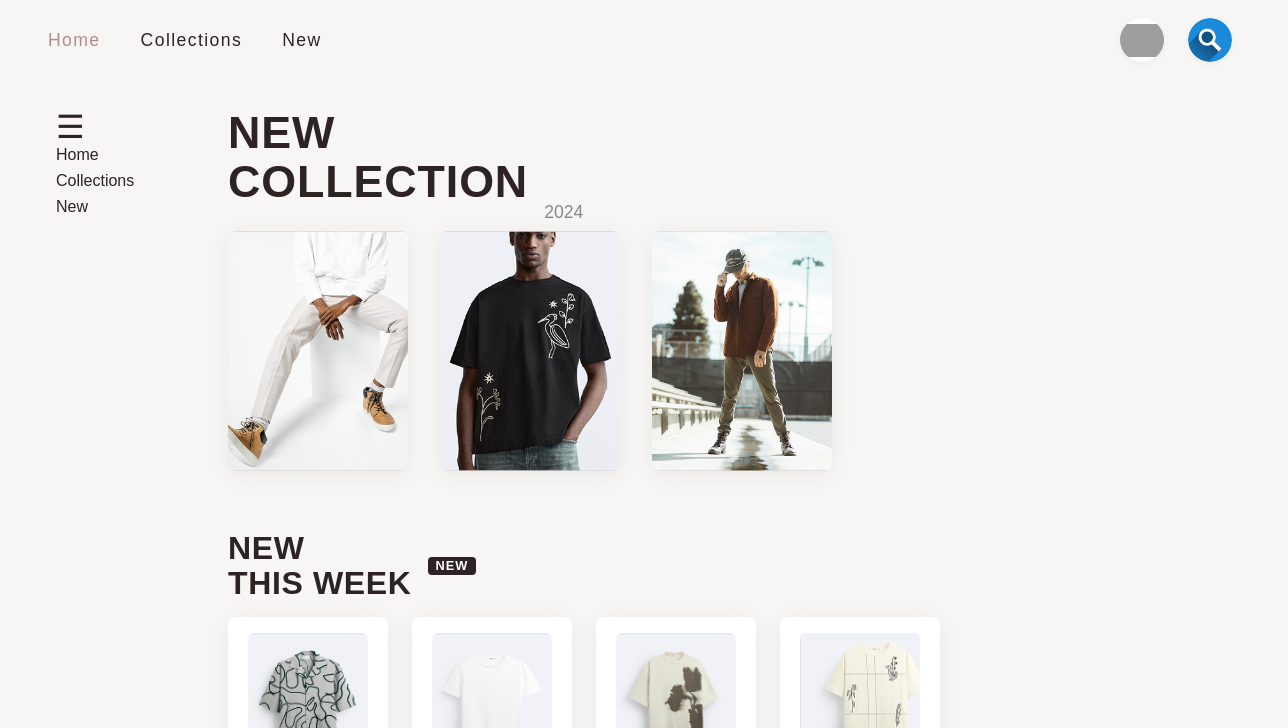
Repository: Diegoms0595/retail-dashboard-app
Page: index.html
The author's editor kept a copy of each file at every save. The page is drawn from the files as they stood at one save, then again after the next save.
The browser window is 1280 px wide. The page is 1288 px wide, so the pictures cover 1288 px, including what lies to the right of the window. The pictures show the whole page.
Pictures or frames that could not be fetched are drawn as grey boxes. An inner scrolling area shows only its first screen.

Above is the page before, as saved 2025-06-19 20:39:58.

### index.html
<!DOCTYPE html>
<html lang="en">
<head>
  <meta charset="UTF-8" />
  <meta name="viewport" content="width=device-width, initial-scale=1.0"/>
  <title>XIV Fashion Home</title>
  <link rel="stylesheet" href="style.css" />
</head>
<body>
  <!-- Header -->
  <header class="site-header">
    <nav class="main-nav">
      <a href="#" class="active">Home</a>
      <a href="#">Collections</a>
      <a href="#">New</a>
    </nav>
    <div class="top-icons">

      <button class="icon-btn">
        <img src="Assets/shopping-cart.png" alt="Cart Icon"></button>

        <button class="icon-btn"><img src="./Assets/magnifying-glass-1083378_1280.png" alt=""></button>

  </header>

  <!-- Wrapper -->
  <div class="main-wrapper">
  <!-- Sidebar -->
  <aside class="sidebar" id="sidebar">
    <div class="sidebar-menu">
      <span class="menu-icon" id="menuToggle">&#9776;</span>
      <div class="sidebar-links">
        <span>Home</span>
        <span>Collections</span>
        <span>New</span>
      </div>
    </div>
  </aside>

    <!-- Main Content -->
    <main class="main-content">
      <!-- New Collection -->
      <section class="hero-section">
        <div class="section-header">
          <h1 class="hero-title">NEW<br>COLLECTION</h1>
          <span class="section-subtitle">2024</span>
        </div>
        <div class="hero-products">
          <img src="Assets/hero1.png" alt="Product 1" />
          <img src="Assets/hero2.png" alt="Product 2" />
          <img src="Assets/hero3.png" alt="Product 3" />
        </div>
      </section>

      <!-- New This Week -->
      <section class="week-section">
        <div class="section-header">
          <h2 class="section-title">NEW<br>THIS WEEK <span class="new-badge">NEW</span></h2>
        </div>
        <div class="week-products">
          <div class="week-product">
            <img src="Assets/week1.png" alt="Pattern Shirt" />
            <div class="product-name">Pattern Shirt</div>
            <div class="product-price">$199</div>
          </div>
          <div class="week-product">
            <!-- data img -->
            <img src="Assets/week2.png" alt="White Tee" />
            <div class="product-name">White Tee</div>
            <div class="product-price">$150</div>
          </div>
          <div class="week-product">
            <img src="Assets/week3.png" alt="Beige Tee" />
            <div class="product-name">Beige Tee</div>
            <div class="product-price">$170</div>
          </div>
          <div class="week-product">
            <img src="Assets/week4.png" alt="Print Tee" />
            <div class="product-name">Print Tee</div>
            <div class="product-price">$160</div>
          </div>
        </div>
      </section>

      <!-- XIV Collections -->
      <section class="collection-section">
        <div class="section-header">
          <h2 class="section-title">XIV<br>COLLECTIONS<br>23-24</h2>
        </div>
        <div class="collection-products">
          <!-- Add imgs -->
          <div class="collection-product">
            <img src="Assets/col1.png" alt="Green Shirt" />
            <div class="product-name">Green Shirt</div>
            <div class="product-price">$199</div>
          </div>
          <div class="collection-product">
            <img src="Assets/col2.png" alt="White Pants" />
            <div class="product-name">White Pants</div>
            <div class="product-price">$170</div>
          </div>
          <div class="collection-product">
            <img src="Assets/col3.png" alt="Beige Tee" />
            <div class="product-name">Beige Tee</div>
            <div class="product-price">$150</div>
          </div>
        </div>
      </section>

      <!-- Fashion Approach -->
      <section class="approach-section">
        <h3>OUR APPROACH TO FASHION DESIGN</h3>
        <p>Minimal, aesthetic, and sustainable. We believe in timeless design and responsible production for a better future.</p>
        <div class="approach-gallery">
          <!-- add imgs -->
          <img src="Assets/look1.png" alt="Lookbook 1" />
          <img src="Assets/look2.png" alt="Lookbook 2" />
          <img src="Assets/look3.png" alt="Lookbook 3" />
          <img src="Assets/look4.png" alt="Lookbook 4" />
        </div>
      </section>
    </main>
  </div>

  <!-- Footer -->
  <footer class="site-footer">
    <div class="footer-links">
      <a href="#">About Us</a>
      <a href="#">Contact</a>
      <a href="#">Privacy Policy</a>
      <a href="#">Terms of Service</a>
    </div>
    <div class="footer-brand">
      <span class="footer-arrow">&#9654;</span>
      <span class="footer-xiv">XIV</span>
      <span class="footer-qr">QR</span>
    </div>
  </footer>
</body>
</html>

### style.css
* {
  box-sizing: border-box;
}

html, body {
  margin: 10;
  padding: 0;
  font-family: 'Montserrat', Arial, sans-serif;
  background: #f7f6f4;
  color: #2d2323;
  height: 100%;
  width: 100%;
  overflow-x: hidden;
}

body {
  min-height: 100vh;
  width: 100vw;
}

.site-header {
  width: 100vw;
  height: 80px;
  display: flex;
  align-items: center;
  justify-content: space-between;
  padding: 0 48px;
  background: none;
  box-sizing: border-box;
  position: fixed;
  top: 0;
  left: 0;
  z-index: 10;
}

.main-nav {
  display: flex;
  gap: 40px;
}

.main-nav a {
  text-decoration: none;
  color: #2d2323;
  font-size: 1.1rem;
  letter-spacing: 0.08em;
  padding: 8px 0;
  transition: color 0.2s;
}

.main-nav a.active,
.main-nav a:hover {
  color: #b48b8b;
}

.top-icons {
  display: flex;
  gap: 24px;
  align-items: center;
}

.icon-btn {
  width: 44px;
  height: 44px;
  display: flex;
  align-items: center;
  justify-content: center;
  border-radius: 50%;
  background: #fff;
  border: none;
  box-shadow: 0 2px 8px rgba(0,0,0,0.04);
  cursor: pointer;
  padding: 0;
  overflow: hidden;
}

.icon-btn img {
  width: 100%;
  height: 100%;
  object-fit: contain;
  display: block;
}

.main-wrapper {
  display: flex;
  flex-direction: row;
  margin-top: 100px;
  width: 100vw;
  box-sizing: border-box;
}

.sidebar {
  width: 220px;
  background: none;
  padding: 0 24px 0 48px;
  font-size: 1rem;
  display: flex;
  flex-direction: column;
  gap: 32px;
}

.menu-icon {
  font-size: 2rem;
  margin-bottom: 24px;
  cursor: pointer;
}

.sidebar-links {
  display: flex;
  flex-direction: column;
  gap: 8px;
  margin-bottom: 24px;
}

.sidebar-filters {
  display: flex;
  flex-direction: column;
  gap: 10px;
}

.filter-title {
  font-weight: bold;
  margin-bottom: 10px;
}

.filter-group {
  margin-bottom: 8px;
  font-size: 0.95rem;
}

.filter-count {
  color: #888;
  font-size: 0.9em;
}

.main-content {
  flex: 1;
  display: flex;
  flex-direction: column;
  align-items: stretch;
  margin-right: 48px;
}

.hero-section {
  margin-top: 0;
  margin-bottom: 48px;
  display: flex;
  flex-direction: column;
  align-items: flex-start;
}

.section-header {
  display: flex;
  align-items: flex-end;
  justify-content: space-between;
  margin-bottom: 8px;
}

.hero-title {
  font-size: 2.8rem;
  font-weight: 800;
  margin: 0 0 16px 0;
  line-height: 1.1;
  letter-spacing: 0.02em;
}

.section-subtitle {
  font-size: 1.1rem;
  color: #888;
  margin-left: 16px;
}

.hero-products {
  display: flex;
  gap: 32px;
  margin-bottom: 12px;
}

.hero-products img {
  width: 180px;
  height: 240px;
  object-fit: cover;
  border-radius: 8px;
  box-shadow: 0 4px 24px rgba(0,0,0,0.06);
  background: #fff;
}

.section-title {
  font-size: 2rem;
  font-weight: 800;
  margin: 0 0 8px 0;
  line-height: 1.1;
  letter-spacing: 0.02em;
  display: flex;
  align-items: center;
  gap: 8px;
}

.new-badge {
  background: #2d2323;
  color: #fff;
  font-size: 0.8rem;
  border-radius: 4px;
  padding: 2px 8px;
  margin-left: 8px;
  font-weight: 600;
  letter-spacing: 0.08em;
}

.week-section {
  margin-bottom: 48px;
}

.week-products {
  display: flex;
  gap: 24px;
}

.week-product {
  background: #fff;
  border-radius: 8px;
  box-shadow: 0 4px 24px rgba(0,0,0,0.06);
  padding: 16px 8px 8px 8px;
  display: flex;
  flex-direction: column;
  align-items: center;
  width: 160px;
}

.week-product img {
  width: 120px;
  height: 140px;
  object-fit: cover;
  border-radius: 6px;
  margin-bottom: 8px;
  background: #fff;
}

.product-name {
  font-size: 1.05rem;
  font-weight: 600;
  margin-bottom: 2px;
  text-align: center;
}

.product-price {
  font-size: 1rem;
  color: #2d2323;
  font-weight: 700;
  margin-top: 4px;
}

.collection-section {
  margin-bottom: 48px;
}

.collection-products {
  display: flex;
  gap: 24px;
}

.collection-product {
  background: #fff;
  border-radius: 8px;
  box-shadow: 0 4px 24px rgba(0,0,0,0.06);
  padding: 16px 8px 8px 8px;
  display: flex;
  flex-direction: column;
  align-items: center;
  width: 160px;
}

.collection-product img {
  width: 120px;
  height: 140px;
  object-fit: cover;
  border-radius: 6px;
  margin-bottom: 8px;
  background: #fff;
}

.approach-section {
  margin: 64px 0 0 0;
  text-align: center;
}

.approach-section h3 {
  font-size: 1.3rem;
  font-weight: 700;
  margin-bottom: 8px;
  letter-spacing: 0.08em;
}

.approach-section p {
  font-size: 1rem;
  color: #6a5c5c;
  margin-bottom: 32px;
}

.approach-gallery {
  display: flex;
  justify-content: center;
  gap: 32px;
  margin-bottom: 48px;
}

.approach-gallery img {
  width: 140px;
  height: 180px;
  object-fit: cover;
  border-radius: 8px;
  background: #fff;
}

.site-footer {
  width: 100vw;
  display: flex;
  flex-direction: column;
  align-items: center;
  justify-content: center;
  padding: 32px 0 16px 0;
  background: none;
  box-sizing: border-box;
  margin-top: 32px;
}

.footer-links {
  display: flex;
  gap: 32px;
  margin-bottom: 16px;
}

.footer-links a {
  color: #2d2323;
  text-decoration: none;
  font-size: 1rem;
  letter-spacing: 0.08em;
  transition: color 0.2s;
}

.footer-links a:hover {
  color: #b48b8b;
}

.footer-brand {
  display: flex;
  align-items: center;
  gap: 16px;
  font-size: 1.3rem;
  font-weight: 700;
  letter-spacing: 0.1em;
  margin-top: 8px;
}

.footer-arrow {
  font-size: 1.5rem;
}

.footer-xiv {
  font-size: 1.5rem;
  font-weight: 900;
}

.footer-qr {
  font-size: 1.1rem;
  font-weight: 700;
}

After the next save:
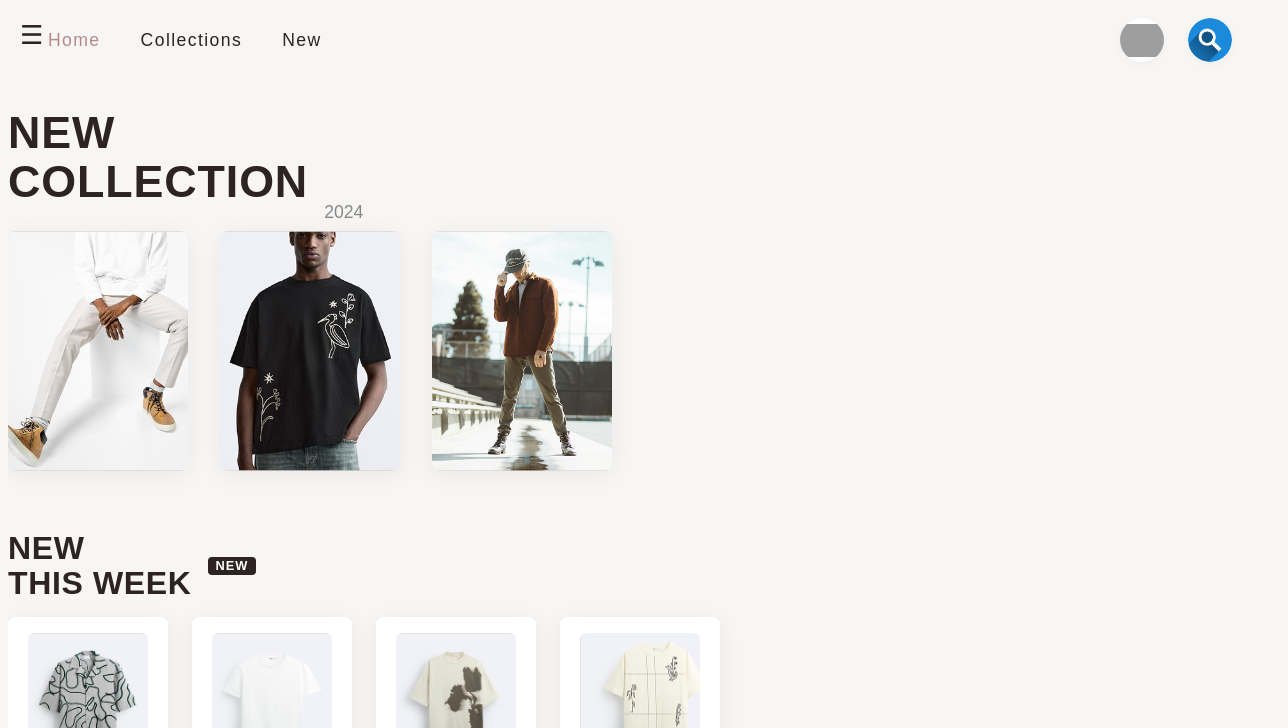
Saved 47 s later.
--- a/style.css
+++ b/style.css
@@ -103,6 +103,50 @@
   margin-bottom: 24px;
   cursor: pointer;
 }
+.sidebar {
+  position: fixed;
+  top: 0;
+  left: -250px; /* escondida por defecto */
+  width: 250px;
+  height: 100%;
+  background-color: #2d2323;
+  color: white;
+  transition: left 0.3s ease;
+  padding: 20px;
+  z-index: 1000;
+}
+
+.sidebar.active {
+  left: 0;
+}
+
+.sidebar .sidebar-links {
+  margin-top: 40px;
+  display: flex;
+  flex-direction: column;
+  gap: 15px;
+}
+
+.sidebar .sidebar-links span {
+  cursor: pointer;
+  font-size: 16px;
+  transition: color 0.2s;
+}
+
+.sidebar .sidebar-links span:hover {
+  color: #f7f6f4;
+}
+
+.menu-icon {
+  position: fixed;
+  top: 20px;
+  left: 20px;
+  font-size: 26px;
+  cursor: pointer;
+  z-index: 1100;
+  color: #2d2323;
+}
+
 
 .sidebar-links {
   display: flex;

After the save that followed:
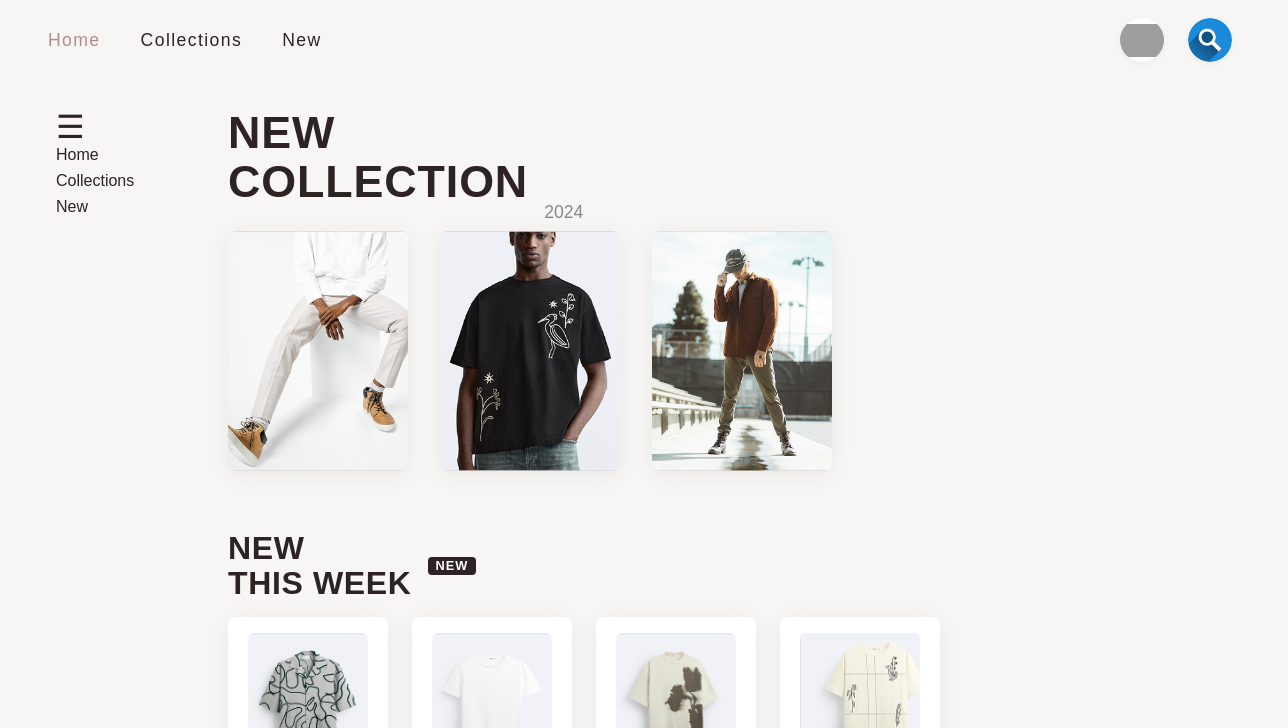
Saved 8 s later.
--- a/style.css
+++ b/style.css
@@ -103,49 +103,6 @@
   margin-bottom: 24px;
   cursor: pointer;
 }
-.sidebar {
-  position: fixed;
-  top: 0;
-  left: -250px; /* escondida por defecto */
-  width: 250px;
-  height: 100%;
-  background-color: #2d2323;
-  color: white;
-  transition: left 0.3s ease;
-  padding: 20px;
-  z-index: 1000;
-}
-
-.sidebar.active {
-  left: 0;
-}
-
-.sidebar .sidebar-links {
-  margin-top: 40px;
-  display: flex;
-  flex-direction: column;
-  gap: 15px;
-}
-
-.sidebar .sidebar-links span {
-  cursor: pointer;
-  font-size: 16px;
-  transition: color 0.2s;
-}
-
-.sidebar .sidebar-links span:hover {
-  color: #f7f6f4;
-}
-
-.menu-icon {
-  position: fixed;
-  top: 20px;
-  left: 20px;
-  font-size: 26px;
-  cursor: pointer;
-  z-index: 1100;
-  color: #2d2323;
-}
 
 
 .sidebar-links {
